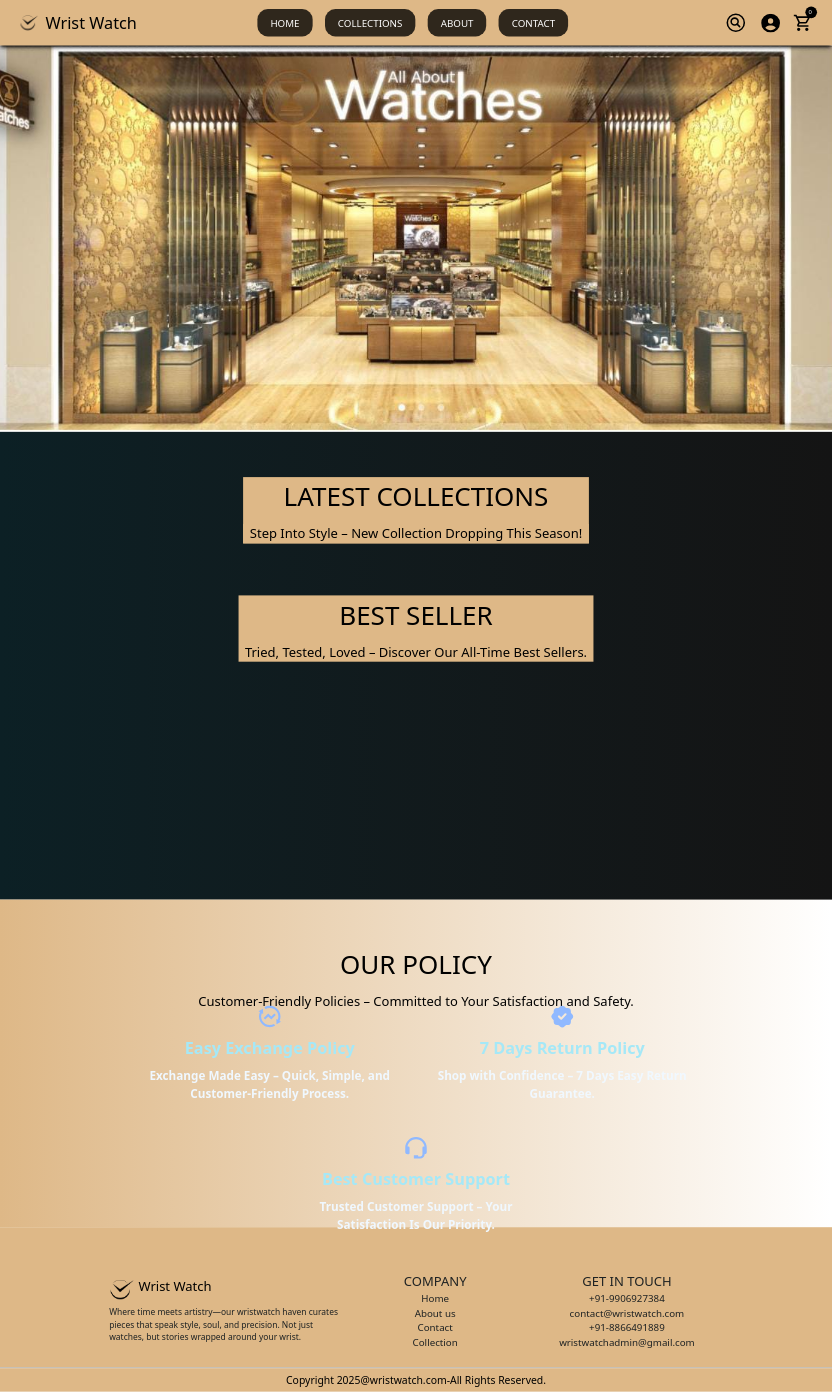
Repository: mansibhanushali/online_watch_ecommerce_mernstack_webapplication
Page: / (app in frontend/)
These files come from the project's save history. The page is drawn as it stood at one moment and after a run of saves; the edit follows.
The browser window is 1280 px wide. The pictures show the whole page, at 65% of full size.
The page's requests for data from a server got no answer. The project was rebuilt for these pictures with package versions that can differ from the ones it lists, and the page was loaded fresh each time. No one was signed in, and anything a server would have sent is missing. Also part of the build but not shown: frontend/vite.config.js, frontend/src/component/Loading.jsx, frontend/src/pages/Registration.jsx, frontend/src/component/Card.jsx, frontend/src/pages/Login.jsx, frontend/src/pages/About.jsx, frontend/src/pages/Collections.jsx, frontend/src/pages/Contact.jsx and 6 more.

Above is the page before, as saved 2025-08-16 16:55:35.

### frontend/index.html
<!doctype html>
<html lang="en">
  <head>
    <meta charset="UTF-8" />
    <link rel="icon" type="image/svg+xml" href="\logo1.png" />
    <meta name="viewport" content="width=device-width, initial-scale=1.0" />
    <title>Wristwatch</title>
  </head>
  <body>
    <div id="root"></div>
    <script type="module" src="/src/main.jsx"></script>
  </body>
</html>

### frontend/src/main.jsx
// src/main.jsx
import React from 'react';
import { createRoot } from 'react-dom/client';
import { BrowserRouter } from 'react-router-dom';
import './index.css';

import App from './App.jsx';
import AuthContext from './context/authContext.jsx';
import UserContextProvider from './context/UserContext.jsx';
import ShopContext from './context/ShopContext.jsx';

createRoot(document.getElementById('root')).render(
  <React.StrictMode>
    <BrowserRouter>
      <AuthContext>
        <UserContextProvider>
          <ShopContext>
            <App />
          </ShopContext>
        </UserContextProvider>
      </AuthContext>
    </BrowserRouter>
  </React.StrictMode>
);

### frontend/src/index.css
@import "tailwindcss";

body {
  @apply bg-white min-h-screen;
}

### frontend/src/App.jsx
import React, { useContext } from 'react';
import { Navigate, Route, Routes, useLocation } from 'react-router-dom';
import Registration from './pages/Registration';
import Home from './pages/Home';
import Login from './pages/Login';
import Nav from './component/Nav';
import { userDataContext } from './context/UserContext';
import About from './pages/About';
import Collections from './pages/Collections';
import Product from './pages/Product';
import Contact from './pages/Contact';
import ProductDetail from './pages/ProductDetail';
import Cart from './pages/Cart';
import PlaceOrder from './pages/PlaceOrder';
import Order from './pages/Order';
import { ToastContainer } from 'react-toastify';
import NotFound from './pages/NotFound';

function App() {
  const { userData } = useContext(userDataContext);
  const location = useLocation();

  // Protected route wrapper
  const ProtectedRoute = (Component) => {
    return userData ? (
      Component
    ) : (
      <Navigate to="/login" state={{ from: location.pathname }} />
    );
  };

  return (
    <>
      <ToastContainer />
      <Nav />
      <Routes>
        {/* Public Routes */}
        <Route path="/" element={<Home />} />
        <Route path="/about" element={<About />} />
        <Route path="/collection" element={<Collections />} />
        <Route path="/collection/:category" element={<Collections />} />
        <Route path="/product" element={<Product />} />
        <Route path="/contact" element={<Contact />} />

        {/* Auth Routes */}
        <Route
          path="/login"
          element={
            userData ? (
              <Navigate to={location.state?.from || '/'} />
            ) : (
              <Login />
            )
          }
        />
        <Route
          path="/signup"
          element={
            userData ? (
              <Navigate to={location.state?.from || '/'} />
            ) : (
              <Registration />
            )
          }
        />

        {/* Protected Routes */}
        <Route
          path="/productdetail/:productId"
          element={ProtectedRoute(<ProductDetail />)}
        />
        <Route path="/cart" element={ProtectedRoute(<Cart />)} />
        <Route path="/placeorder" element={ProtectedRoute(<PlaceOrder />)} />
        <Route path="/order" element={ProtectedRoute(<Order />)} />

        {/* 404 Fallback */}
        <Route path="*" element={<NotFound />} />
      </Routes>
    </>
  );
}

export default App;

### frontend/src/context/AuthContext.jsx
// src/context/AuthContext.jsx
import React, { createContext, useReducer, useEffect } from "react";
import axios from "axios";

const initialState = {
  user: null,
  token: null,
  isAuthenticated: false,
};

function reducer(state, action) {
  switch (action.type) {
    case "LOGIN":
      return {
        ...state,
        user: action.payload.user,
        token: action.payload.token,
        isAuthenticated: true,
      };
    case "LOGOUT":
      return initialState;
    default:
      return state;
  }
}

export const authDataContext = createContext();

function AuthContext({ children }) {
  const serverUrl = "http://localhost:8000";

  const [state, dispatch] = useReducer(reducer, initialState, () => {
    const token = localStorage.getItem("token");
    const user = localStorage.getItem("user");
    return token && user
      ? { token, user: JSON.parse(user), isAuthenticated: true }
      : initialState;
  });

  // axios defaults setup (runs whenever token changes)
  useEffect(() => {
    axios.defaults.baseURL = serverUrl;
    axios.defaults.withCredentials = true;

    if (state.token) {
      axios.defaults.headers.common["Authorization"] = `Bearer ${state.token}`;
      localStorage.setItem("token", state.token);
      localStorage.setItem("user", JSON.stringify(state.user));
    } else {
      delete axios.defaults.headers.common["Authorization"];
      localStorage.removeItem("token");
      localStorage.removeItem("user");
    }
  }, [state.token, state.user]);

  // Fetch current user from backend
  const fetchCurrentUser = async (token) => {
    try {
      const res = await axios.get("/api/user/getcurrentuser", {
        headers: { Authorization: `Bearer ${token}` }
      });
      return res.data;
    } catch (err) {
      console.error("Fetch current user error:", err.response?.data || err.message);
      return null;
    }
  };

  // Login and fetch user
  const login = async ({ token }) => {
    const user = await fetchCurrentUser(token);
    if (user) {
      dispatch({ type: "LOGIN", payload: { token, user } });
    }
  };

  const logout = () => dispatch({ type: "LOGOUT" });

  // Auto login when page refreshes
  useEffect(() => {
    const autoLogin = async () => {
      if (state.token && !state.user) {
        const user = await fetchCurrentUser(state.token);
        if (user) {
          dispatch({ type: "LOGIN", payload: { token: state.token, user } });
        }
      }
    };
    autoLogin();
  }, []);

  return (
    <authDataContext.Provider value={{ serverUrl, ...state, login, logout }}>
      {children}
    </authDataContext.Provider>
  );
}

export default AuthContext;

### frontend/src/context/UserContext.jsx
// src/context/UserContext.jsx
import React, { createContext, useContext, useEffect, useState } from 'react';
import { authDataContext } from './AuthContext';
import axios from 'axios';

export const userDataContext = createContext();

function UserContextProvider({ children }) {
  const [userData, setUserData] = useState(null);
  const { serverUrl } = useContext(authDataContext);

  const getCurrentUser = async () => {
    try {
      // ✅ Cookie-based request
      const result = await axios.get(`${serverUrl}/api/user/getcurrentuser`, {
        withCredentials: true, // Cookie automatically send होगी
      });

      if (result.data?.success) {
        setUserData(result.data.user);
      } else {
        setUserData(null);
      }
    } catch (error) {
      setUserData(null);
      console.error("getCurrentUser error:", error);
    }
  };

  // 🔹 Page load pe call
  useEffect(() => {
    getCurrentUser();
  }, []);

  return (
    <userDataContext.Provider value={{ userData, setUserData, getCurrentUser }}>
      {children}
    </userDataContext.Provider>
  );
}

export default UserContextProvider;

### frontend/src/pages/Home.jsx
import React, { useState, useEffect } from 'react'
import Backgound from '../component/Backgound'
import Product from './Product'
import OurPolicy from '../component/OurPolicy'
import Footer from '../component/Footer'

function Home() {
  let [heroCount, setHeroCount] = useState(0)

  useEffect(() => {
    let interval = setInterval(() => {
      setHeroCount(prevCount => (prevCount === 3 ? 0 : prevCount + 1))
    }, 3000)
    return () => clearInterval(interval)
  }, [])

  return (
    <div className="overflow-x-hidden relative top-[70px]">
      <div className="w-[100vw] lg:h-[55vh] md:h-[50vh] sm:h-[30vh] bg-gradient-to-l from-[burlwood] to-[burlywood]">
        <Backgound heroCount={heroCount} />
      </div>
      <Product />
      <OurPolicy />
      <Footer />
    </div>
  )
}

export default Home

### frontend/src/pages/Product.jsx
import React from 'react'
import LatestCollection from '../component/LatestCollection'
import BestSeller from '../component/BestSeller'

function Product() {
  return (
    <div className='w-[100vw] min-h-[100vh] bg-gradient-to-l from-[#141414] to-[#0c2025] flex items-center justify-start flex-col py-[20px]'>

        <div className='w-[100%] min-h-[70px] flex items-center justify-center gap-[10px]  flex-col '>
            <LatestCollection/>
        </div>
        <div className='w-[100%] min-h-[70px] flex items-center justify-center gap-[10px]  flex-col '>
            <BestSeller/>
        </div>

    </div>
  )
}

export default Product

### frontend/src/component/Backgound.jsx
import React from 'react'
import back1 from "../assets/back1.jpg"

function Background() {
  return (
    <img
      src={back1}
      alt="background"
      className="w-[100%] h-[150%] float-left overflow-auto object-cover"
    />
  )
}

export default Background

### frontend/src/component/OurPolicy.jsx
import React from 'react'
import Title from './Title'
import { RiExchangeFundsLine } from "react-icons/ri";
import { TbRosetteDiscountCheckFilled } from "react-icons/tb";
import { BiSupport } from "react-icons/bi";

function OurPolicy() {
  return (
    <div className='w-[100vw] h-[100vh] md:h-[70vh] flex items-center justify-start flex-col  bg-gradient-to-l from-[burlwood] to-[burlywood] gap-[50px] '>
        <div className='h-[8%] w-[100%] text-center mt-[70px] '>
            <Title text1={<span className='text-[black]'>OUR</span>} text2={<span className='text-[black]'>POLICY</span>}/>
            <p className='w-[100%] m-auto text-[13px] md:text-[20px] px-[10px] text-black '>Customer-Friendly Policies – Committed to Your Satisfaction and Safety.</p>
        </div>
      <div className='w-[100%] md:min-h-[50%] h-[20%] flex items-center justify-center flex-wrap lg:gap-[50px] gap-[80px]'>
        <div className='w-[400px] max-w-[90%] h-[60%] flex items-center justify-center flex-col gap-[10px] '>
        <RiExchangeFundsLine  className='md:w-[60px] w-[30px] h-[30px] md:h-[60px] text-[#90b9ff]'/>
        <p className='font-semibold md:text-[25px] text-[19px] text-[#a5e8f7]'>Easy Exchange Policy</p>
        <p className='font-semibold md:text-[18px] text-[12px] text-[aliceblue] text-center'>Exchange Made Easy – Quick, Simple, and Customer-Friendly Process.</p>

        </div>
        <div className='w-[400px] max-w-[90%] h-[60%] flex items-center justify-center flex-col gap-[10px] '>
        <TbRosetteDiscountCheckFilled  className='md:w-[60px] w-[30px] h-[30px] md:h-[60px] text-[#90b9ff]'/>
        <p className='font-semibold md:text-[25px] text-[19px] text-[#a5e8f7]'>7 Days Return Policy</p>
        <p className='font-semibold md:text-[18px] text-[12px] text-[aliceblue] text-center'>Shop with Confidence – 7 Days Easy Return Guarantee.</p>

        </div>
        <div className='w-[400px] max-w-[90%] h-[60%] flex items-center justify-center flex-col gap-[10px] '>
        <BiSupport  className='md:w-[60px] w-[30px] h-[30px] md:h-[60px] text-[#90b9ff]'/>
        <p className='font-semibold md:text-[25px] text-[19px] text-[#a5e8f7]'>Best Customer Support</p>
        <p className='font-semibold md:text-[18px] text-[12px] text-[aliceblue] text-center'>Trusted Customer Support – Your Satisfaction Is Our Priority.</p>

        </div>
      </div>
    </div>
  )
}

export default OurPolicy

### frontend/src/component/Footer.jsx
import React from 'react'
import logo from "../assets/logo.png"
function Footer() {
  return (
    <div className='w-[100%] md:h-[36vh] h-[21vh] mb-[77px] md:mb-[0px]'>
        <div className='w-[100%] md:h-[30vh] h-[15vh]  md:mb-[0px] bg-[burlywood] flex items-center justify-center md:px-[50px] px-[5px]'>
            <div className='md:w-[30%] w-[35%] h-[100%] flex items-start justify-center flex-col gap-[5px]  '>
                <div className='flex items-start justify-start gap-[5px] mt-[10px] md:mt-[40px]'>
                    <img src={logo} alt=""  className='md:w-[40px] md:h-[40px] w-[30px] h-[30px]'/>
                    <p className='text-[19px] md:text-[20px] text-[black] '>Wrist Watch</p>

                </div>
                <p className='text-[13px] text-[#1e2223] hidden md:block'>Where time meets artistry—our wristwatch haven curates pieces that speak style, soul, and precision. Not just watches, but stories wrapped around your wrist.</p>
                    <p className='text-[15px] text-[#1e2223] flex md:hidden'>Fast Easy Reliable</p>


            </div>
            <div className='md:w-[25%] w-[30%] h-[100%] flex items-center justify-center flex-col text-center'>
                    <div className='flex items-center justify-center gap-[5px] mt-[10px] md:mt-[40px]'>
                        <p className='text-[19px] md:text-[20px] text-[#1e2223] font-sans '>COMPANY</p>

                    </div>
                    <ul>
                         <li className='text-[15px] text-[#1e2223] hidden md:block cursor-pointer'>Home</li>
                        <li className='text-[15px] text-[#1e2223] cursor-pointer '>About us</li>
                        <li className='text-[15px] text-[#1e2223] cursor-pointer '>Contact</li>
                        <li className='text-[15px] text-[#1e2223] cursor-pointer '>Collection</li>
                    </ul>
                </div>

                <div className='md:w-[25%] w-[40%]  h-[100%] flex items-center justify-center flex-col text-center '>
                     <div className='flex items-center justify-center gap-[5px] mt-[10px] md:mt-[40px]'>
                        <p className='text-[19px] md:text-[20px] text-[#1e2223] font-sans '>GET IN TOUCH</p>

                    </div>
                     <ul>
                         <li className='text-[15px] text-[#1e2223] '>+91-9906927384</li>
                        <li className='text-[15px] text-[#1e2223] '>contact@wristwatch.com</li>
                        <li className='text-[15px] text-[#1e2223] hidden md:block'>+91-8866491889</li>
                        <li className='text-[15px] text-[#1e2223] hidden md:block'>wristwatchadmin@gmail.com</li>
                    </ul>
                </div>

        </div>
        <div className='w-[100%] h-[1px] bg-slate-400'></div>
        <div className='w-[100%] h-[5vh] bg-[burlywood] flex items-center justify-center'>Copyright 2025@wristwatch.com-All Rights Reserved.</div>

    </div>
  )
}

export default Footer

### frontend/src/component/LatestCollection.jsx
import React, { useContext, useEffect, useState } from 'react'
import Title from './Title'
import { shopDataContext } from '../context/ShopContext'
import Card from './Card'

function LatestCollection() {
    let {products} = useContext(shopDataContext)
    let [latestProducts,setLatestProducts] = useState([])

    useEffect(()=>{
    setLatestProducts(products.slice(0,8));
    },[products])

  return (
    <div>
      <div className='h-[8%] w-[100%] text-center md:mt-[50px] bg-[burlywood]'>
        <Title text1={<span className='text-black'>LATEST</span>} text2={<span className='text-black'>COLLECTIONS</span>}/>
        <p className='w-[100%] m-auto text-[13px] md:text-[20px] px-[10px] text-black bg-[burlywood]'>Step Into Style – New Collection Dropping This Season!</p>
      </div>
      <div className='w-[100%] h-[50%] mt-[30px] flex items-center justify-center flex-wrap gap-[50px] bg-[burlywood]'>
        {
            latestProducts.map((item,index)=>(
                <Card key={index} name={item.name} image={item.image} id={item._id} price={item.price}/>
            ))
        }

        </div>
    </div>
  )
}

export default LatestCollection

### frontend/src/component/BestSeller.jsx
import React, { useContext, useEffect, useState } from 'react';
import Title from './Title';
import { shopDataContext } from '../context/ShopContext';
import Card from './Card';

function BestSeller() {
  let { products, serverUrl } = useContext(shopDataContext);
  let [bestSeller, setBestSeller] = useState([]);

  useEffect(() => {
    let filterProduct = products.filter((item) => item.bestseller);
    setBestSeller(filterProduct.slice(0, 4));
  }, [products]);

  // Function to build correct image URL
  const getImageUrl = (img) => {
    if (!img) return "https://via.placeholder.com/300x300?text=No+Image"; // fallback
    return img.startsWith("http") ? img : `${serverUrl}/uploads/${img}`;
  };

  return (
    <div>
      <div className="h-[8%] w-[100%] text-center mt-[50px] bg-[burlywood]">
        <Title text1={<span className='text-black'>BEST</span>} text2={<span className='text-black'>SELLER</span>} />
        <p className="w-[100%] m-auto text-[13px] md:text-[20px] px-[10px] text-black">
          Tried, Tested, Loved – Discover Our All-Time Best Sellers.
        </p>
      </div>

      <div className="w-[100%] h-[50%] mt-[30px] flex items-center justify-center flex-wrap gap-[50px] bg-[burlywood]">
        {bestSeller.map((item, index) => (
          <Card
            key={index}
            name={item.name}
            id={item._id}
            price={item.price}
            image={getImageUrl(item.image)}
          />
        ))}
      </div>
    </div>
  );
}

export default BestSeller;

Loaded but not shown: frontend/src/component/Title.jsx (common file); frontend/src/component/Nav.jsx (137 lines, source omitted); frontend/src/context/ShopContext.jsx (161 lines, source omitted)

After the next 6 saves:
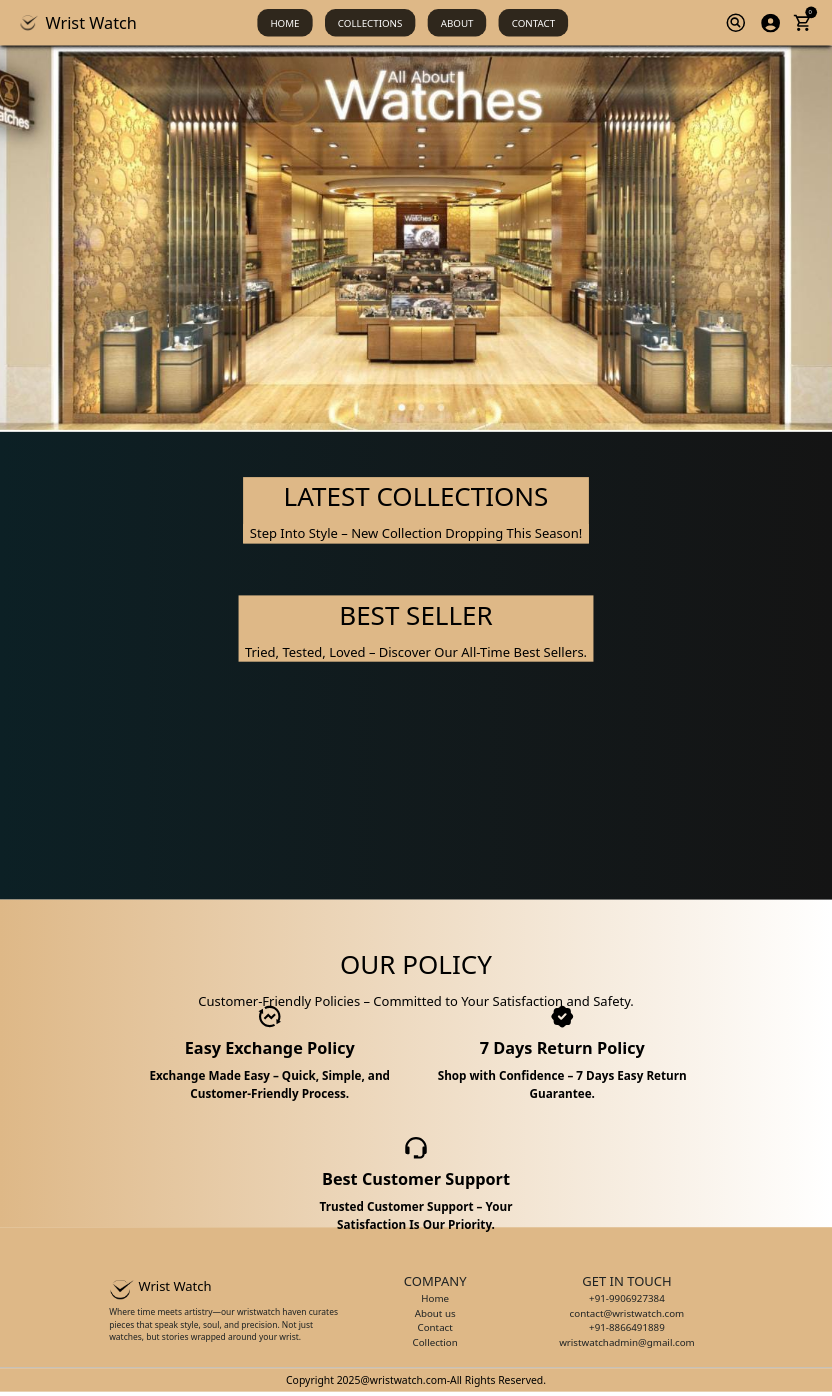
The 6 saves are shown as one change because they came seconds apart.
The last was saved 51 s later.
--- a/frontend/src/component/OurPolicy.jsx
+++ b/frontend/src/component/OurPolicy.jsx
@@ -13,21 +13,21 @@ function OurPolicy() {
         </div>
       <div className='w-[100%] md:min-h-[50%] h-[20%] flex items-center justify-center flex-wrap lg:gap-[50px] gap-[80px]'>
         <div className='w-[400px] max-w-[90%] h-[60%] flex items-center justify-center flex-col gap-[10px] '>
-        <RiExchangeFundsLine  className='md:w-[60px] w-[30px] h-[30px] md:h-[60px] text-[#90b9ff]'/>
-        <p className='font-semibold md:text-[25px] text-[19px] text-[#a5e8f7]'>Easy Exchange Policy</p>
-        <p className='font-semibold md:text-[18px] text-[12px] text-[aliceblue] text-center'>Exchange Made Easy – Quick, Simple, and Customer-Friendly Process.</p>
+        <RiExchangeFundsLine  className='md:w-[60px] w-[30px] h-[30px] md:h-[60px] text-[black]'/>
+        <p className='font-semibold md:text-[25px] text-[19px] text-[black]'>Easy Exchange Policy</p>
+        <p className='font-semibold md:text-[18px] text-[12px] text-[black] text-center'>Exchange Made Easy – Quick, Simple, and Customer-Friendly Process.</p>
 
         </div>
         <div className='w-[400px] max-w-[90%] h-[60%] flex items-center justify-center flex-col gap-[10px] '>
-        <TbRosetteDiscountCheckFilled  className='md:w-[60px] w-[30px] h-[30px] md:h-[60px] text-[#90b9ff]'/>
-        <p className='font-semibold md:text-[25px] text-[19px] text-[#a5e8f7]'>7 Days Return Policy</p>
-        <p className='font-semibold md:text-[18px] text-[12px] text-[aliceblue] text-center'>Shop with Confidence – 7 Days Easy Return Guarantee.</p>
+        <TbRosetteDiscountCheckFilled  className='md:w-[60px] w-[30px] h-[30px] md:h-[60px] text-[black]'/>
+        <p className='font-semibold md:text-[25px] text-[19px] text-[black]'>7 Days Return Policy</p>
+        <p className='font-semibold md:text-[18px] text-[12px] text-[black] text-center'>Shop with Confidence – 7 Days Easy Return Guarantee.</p>
 
         </div>
         <div className='w-[400px] max-w-[90%] h-[60%] flex items-center justify-center flex-col gap-[10px] '>
-        <BiSupport  className='md:w-[60px] w-[30px] h-[30px] md:h-[60px] text-[#90b9ff]'/>
-        <p className='font-semibold md:text-[25px] text-[19px] text-[#a5e8f7]'>Best Customer Support</p>
-        <p className='font-semibold md:text-[18px] text-[12px] text-[aliceblue] text-center'>Trusted Customer Support – Your Satisfaction Is Our Priority.</p>
+        <BiSupport  className='md:w-[60px] w-[30px] h-[30px] md:h-[60px] text-[black]'/>
+        <p className='font-semibold md:text-[25px] text-[19px] text-[black]'>Best Customer Support</p>
+        <p className='font-semibold md:text-[18px] text-[12px] text-[black] text-center'>Trusted Customer Support – Your Satisfaction Is Our Priority.</p>
 
         </div>
       </div>
